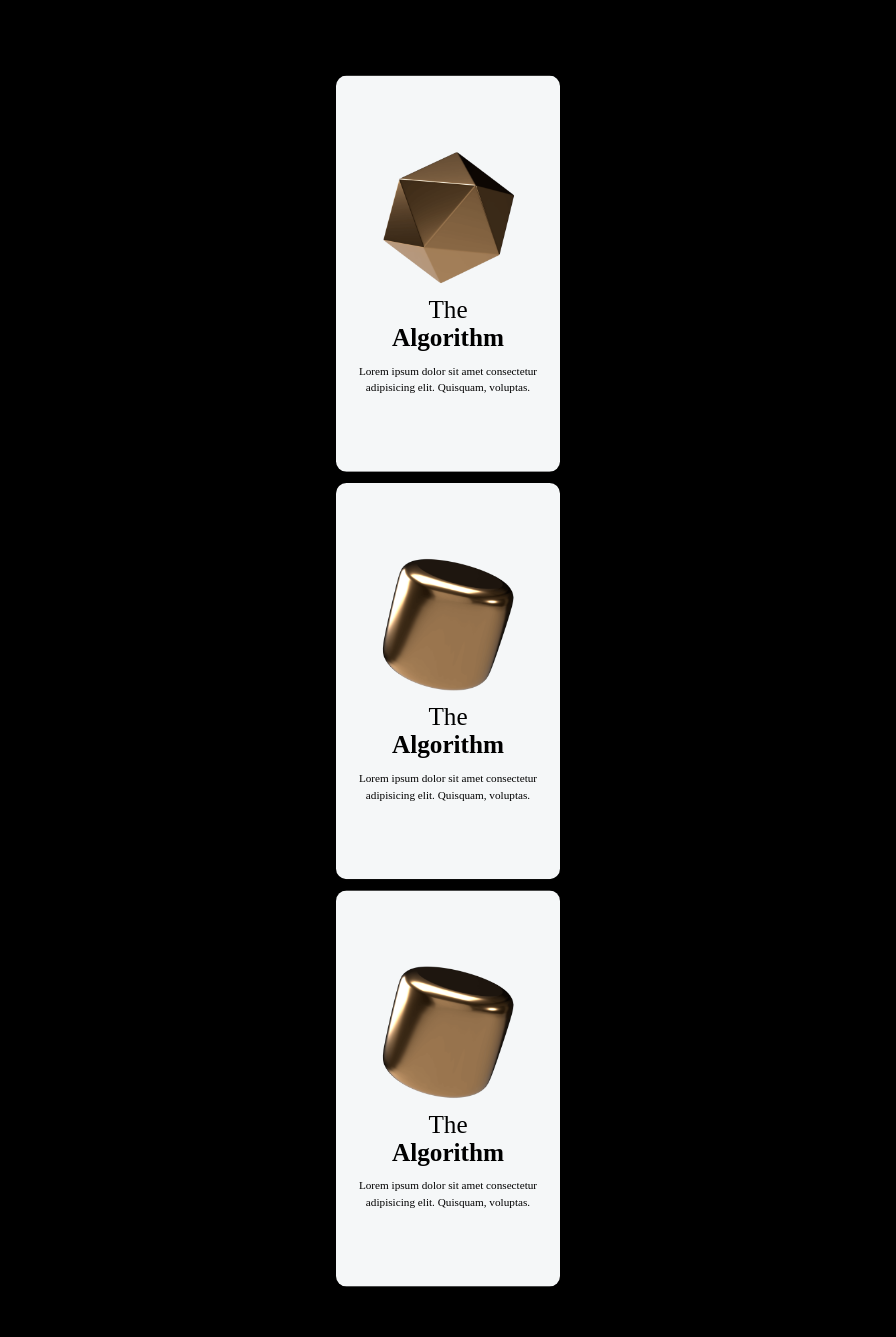
Repository: Himani0002/Scroll-Trigger
Page: index.html
An editor plug-in stored every save of this project. The page is shown before and after a run of saves, followed by the edit.
The browser window is 1280 px wide. The pictures show the whole page, at 70% of full size.
Some web fonts or font styles are not loaded; a fallback is used. Some web libraries are served in a nearby version.

Above is the page before, as saved 2024-11-15 21:42:14.

### index.html
<!DOCTYPE html>
<html lang="en">

<head>
  <meta charset="UTF-8">
  <meta name="viewport" content="width=device-width, initial-scale=1.0">
  <script src="https://cdn.tailwindcss.com"></script>
  <title>Document</title>
  <style>
    @import url('https://fonts.googleapis.com/css2?family=Edu+AU+VIC+WA+NT+Pre:wght@400..700&family=Lato:ital,wght@0,100;0,300;0,400;0,700;0,900;1,100;1,300;1,400;1,700;1,900&family=Montserrat:ital,wght@0,100..900;1,100..900&family=Roboto+Slab:wght@100..900&display=swap');

    * {
      padding: 0;
      font-family: "Edu AU VIC WA NT Pre", cursive;
      margin: 0;
      box-sizing: border-box;
    }

    html,
    body {
      height: 100%;
      width: 100%;
      background-color: black;
    }
  </style>
</head>
<main class="w-full  text-center flex flex-col gap-4 items-center pt-[15vh]">
  <div
    class="card1 flex sticky top-[15vh] flex-col w-[25svw] rounded-[15px] py-[15vh] px-[20px] gap-4 items-center bg-[#F5F7F8]">
    <img src="./image/1.png" class="w-[190px] aspect-square" alt="">
    <h1 class="text-4xl font-thin">
      The<br>
      <span class="font-bold">Algorithm</span>
    </h1>
    <p>
      Lorem ipsum dolor sit amet consectetur adipisicing elit. Quisquam, voluptas.
    </p>
  </div>
  <div
    class="card2 sticky top-[15vh] flex flex-col w-[25svw] rounded-[15px] py-[15vh] px-[20px] gap-4 items-center bg-[#F5F7F8]">
    <img src="./image/2.png" class="w-[190px] aspect-square" alt="">
    <h1 class="text-4xl font-thin">
      The<br>
      <span class="font-bold">Algorithm</span>
    </h1>
    <p>
      Lorem ipsum dolor sit amet consectetur adipisicing elit. Quisquam, voluptas.
    </p>
  </div>
  <div
    class="card2 sticky top-[15vh] flex flex-col w-[25svw] rounded-[15px] py-[15vh] px-[20px] gap-4 items-center bg-[#F5F7F8]">
    <img src="./image/2.png" class="w-[190px] aspect-square" alt="">
    <h1 class="text-4xl font-thin">
      The<br>
      <span class="font-bold">Algorithm</span>
    </h1>
    <p>
      Lorem ipsum dolor sit amet consectetur adipisicing elit. Quisquam, voluptas.
    </p>
  </div>

</main>

<body>

</body>

</html>

After the next 2 saves:
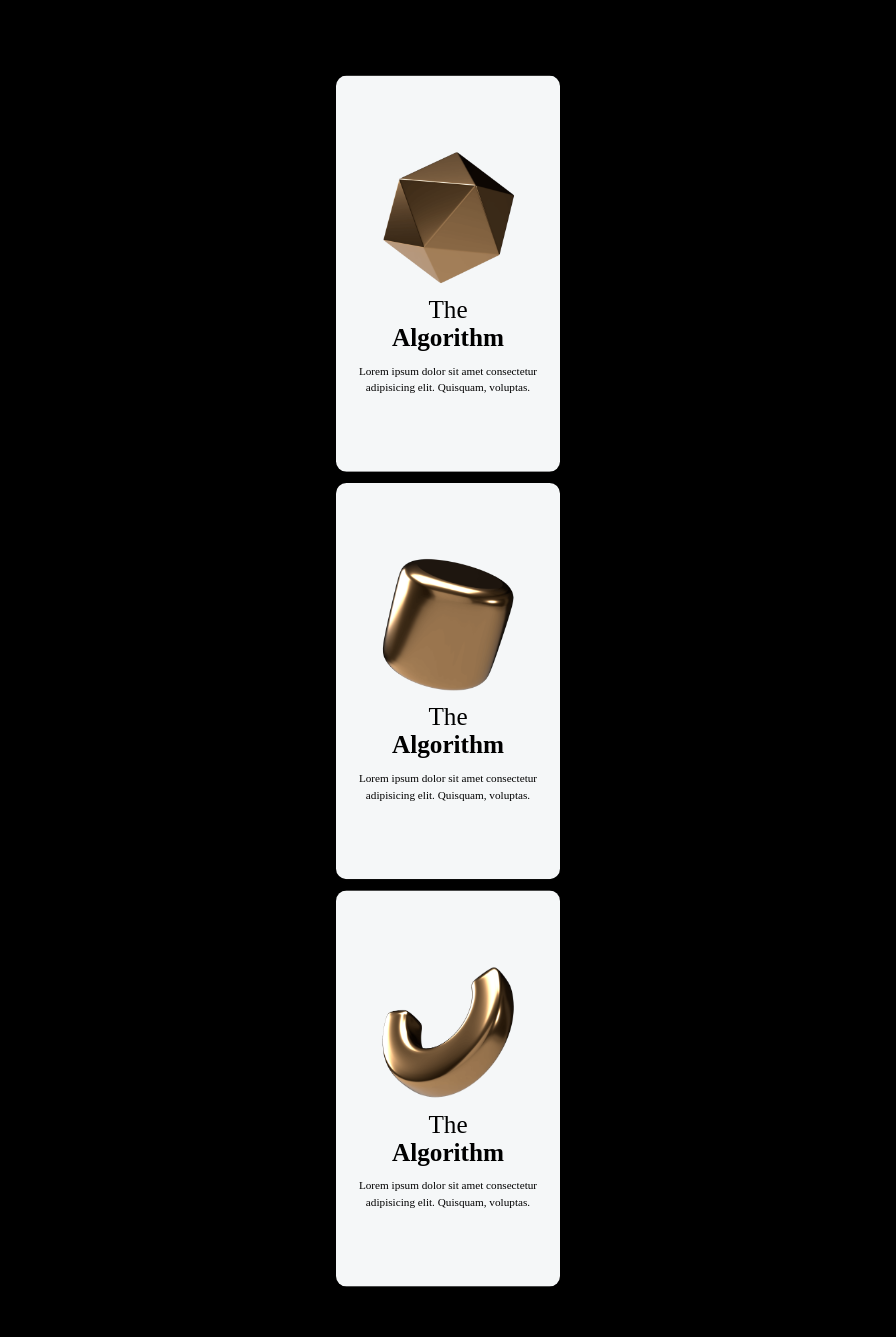
The 2 saves are shown as one change because they came seconds apart.
The last was saved 11 s later.
--- a/index.html
+++ b/index.html
@@ -48,8 +48,8 @@
     </p>
   </div>
   <div
-    class="card2 sticky top-[15vh] flex flex-col w-[25svw] rounded-[15px] py-[15vh] px-[20px] gap-4 items-center bg-[#F5F7F8]">
-    <img src="./image/2.png" class="w-[190px] aspect-square" alt="">
+    class="card3 sticky top-[15vh] flex flex-col w-[25svw] rounded-[15px] py-[15vh] px-[20px] gap-4 items-center bg-[#F5F7F8]">
+    <img src="./image/3.png" class="w-[190px] aspect-square" alt="">
     <h1 class="text-4xl font-thin">
       The<br>
       <span class="font-bold">Algorithm</span>
